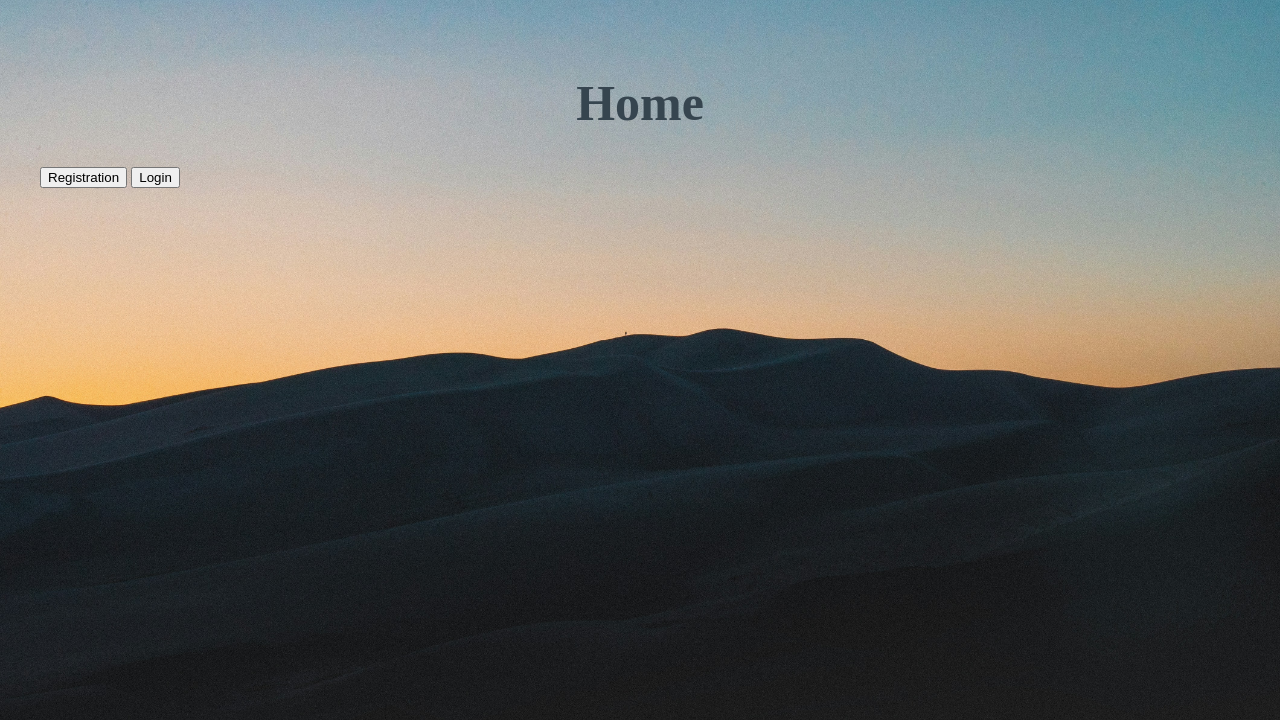
Repository: aboli-vyas/Servlet_Projects
Page: http://localhost/Sevlet_Project/
These files come from the project's save history. The page is drawn as it stood at one moment and after the next save; the edit follows.
The browser window is 1280 px wide. The pictures show the whole page.
The page is served by Tomcat 9.

Above is the page before, as saved 2025-06-09 15:05:23.

After the next save:
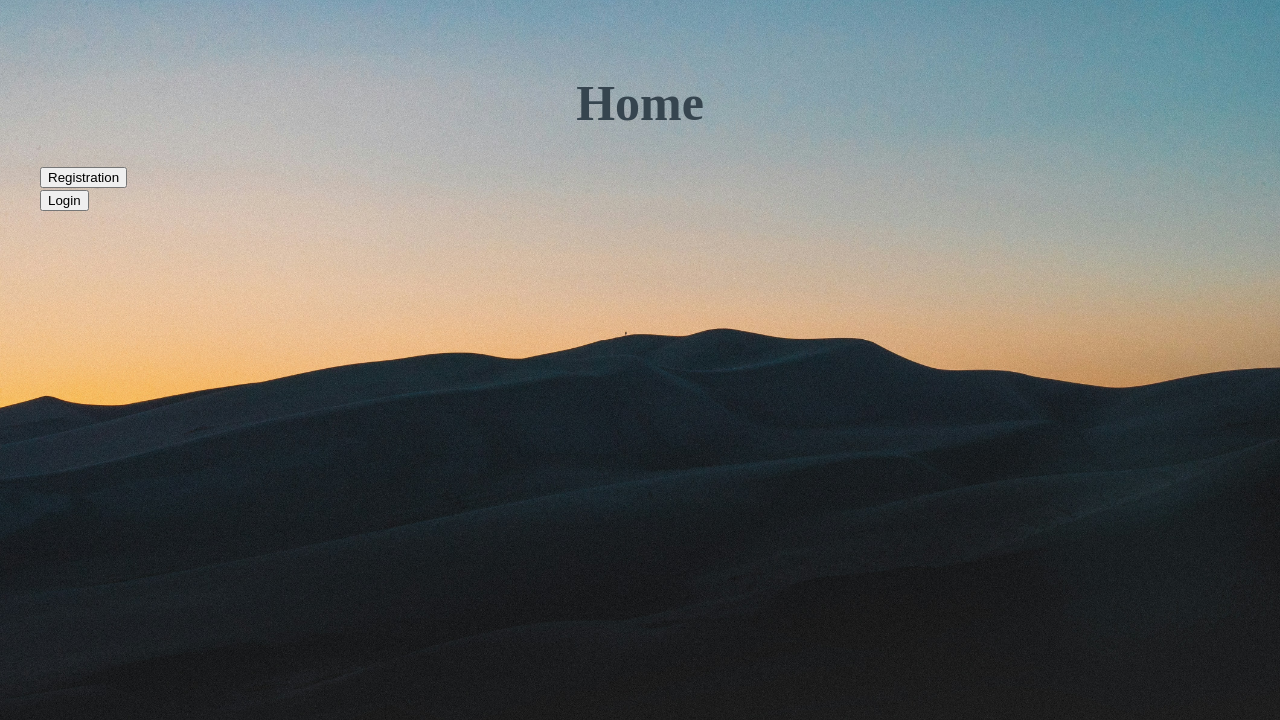
Saved 4 s later.
--- a/Sevlet_Project/src/main/webapp/style3.css
+++ b/Sevlet_Project/src/main/webapp/style3.css
@@ -16,5 +16,5 @@ h1{
 	text-align: center;
 }
 .button1{
-	width:
+	width: 70px;
 }
